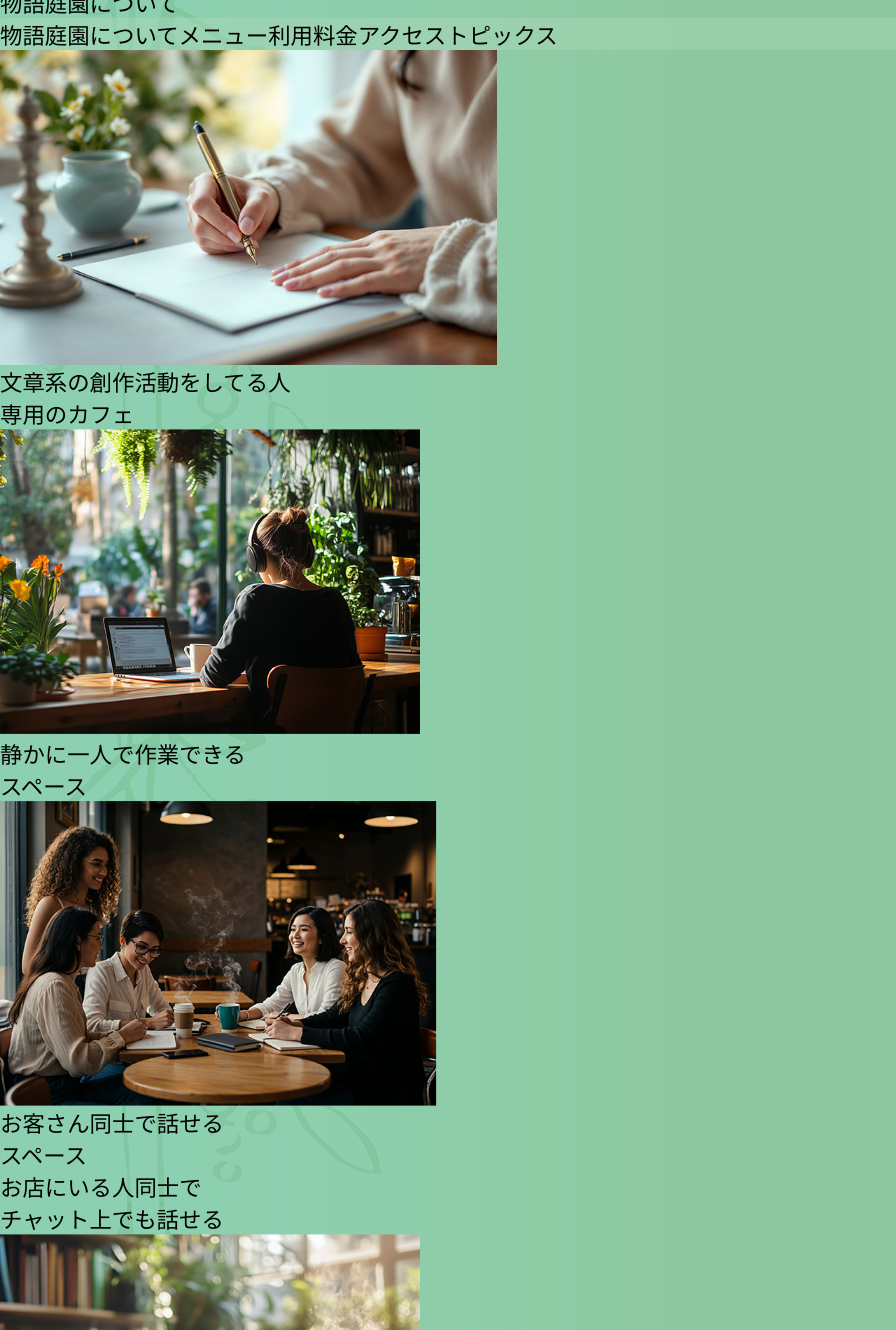
Repository: saka-kou/GardenStory
Page: index.html
These files come from the project's save history. The page is drawn as it stood at one moment and after the next save; the edit follows.
The browser window is 1280 px wide. The pictures show the part of the page from y = 328 to 2228 px (the page is 2573 px tall), at 70% of full size.
A picture or video elsewhere on the page could not be fetched, so the positions and the page height are approximate. Some web fonts or font styles are not loaded; a fallback is used.

Above is the page before, as saved 2025-07-23 17:14:39.

After the next save:
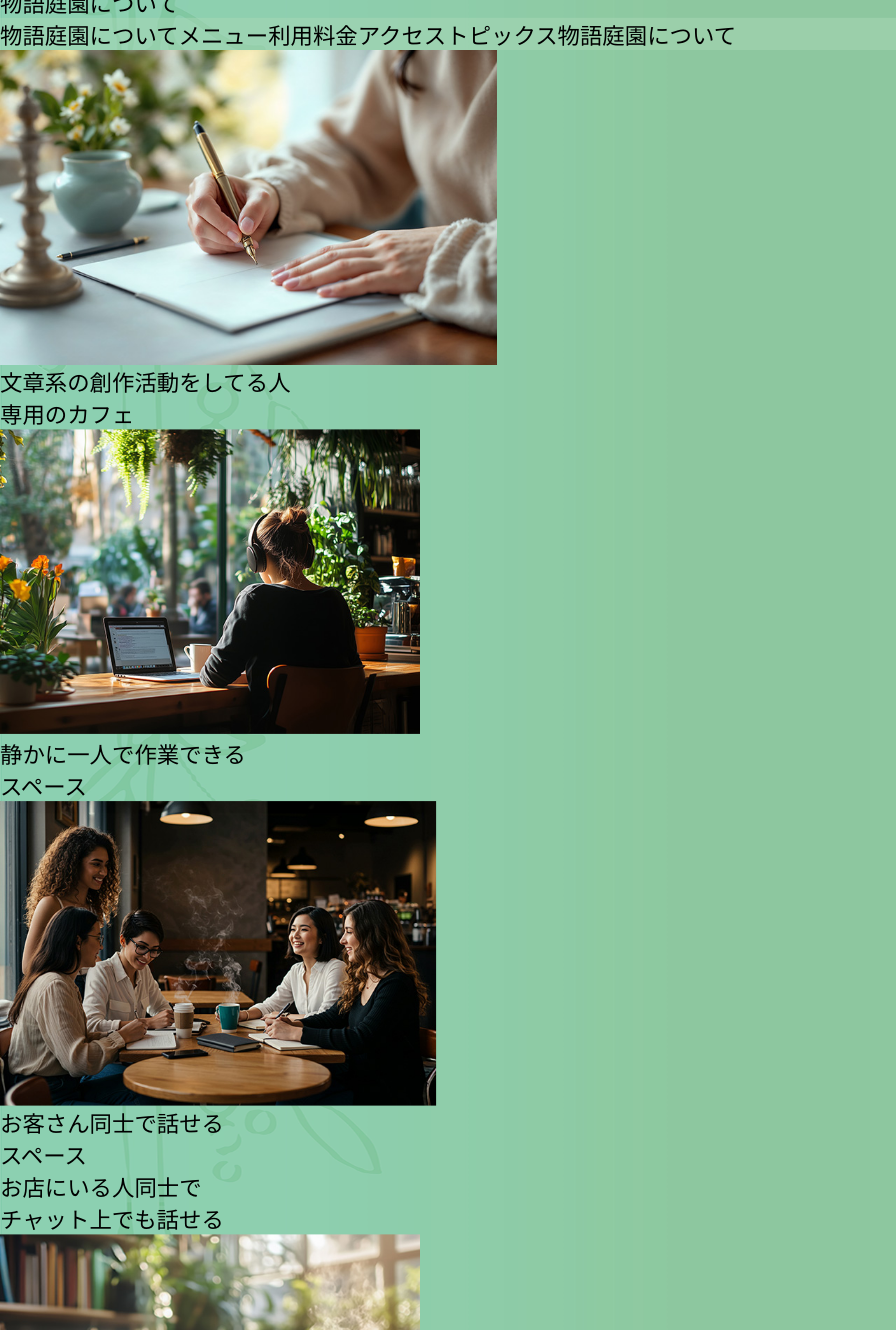
Saved 104 s later.
--- a/index.html
+++ b/index.html
@@ -21,6 +21,7 @@
             <li>利用料金</li>
             <li>アクセス</li>
             <li>トピックス</li>
+            <h2 class="consept-text">物語庭園について</h2>
         </ul>
         <img src="images/write.jpeg" alt="文創" class="leftimg">
         <p class="consept-text">文章系の創作活動をしてる人<br>
